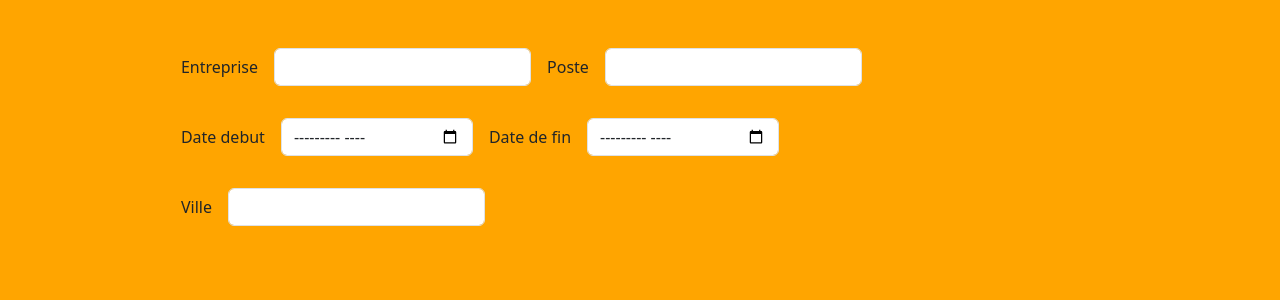
Repository: moAllElite/Examen-EJB-WEB-EAR
Page: http://localhost/SearchJobsWeb/views/exp_form_skills/addExp.jsp
An editor plug-in stored every save of this project. The page is shown before and after a run of saves, followed by the edit.
The browser window is 1280 px wide. The pictures show the whole page.
The page is served by Tomcat 9. Nobody is signed in. The application's start-up code is not run. Other server files are loaded and not shown.

Above is the page before, as saved 2023-03-25 22:27:48.

### SearchJobsWeb/src/main/webapp/views/exp_form_skills/addExp.jsp
<%@ page language="java" contentType="text/html; charset=ISO-8859-1"
    pageEncoding="ISO-8859-1"%>
<!DOCTYPE html>
<html>
<head>
<meta charset="ISO-8859-1">
<title>Insert title here</title>
</head>
<body>
	<form method="post" action="AddExperience">
		<jsp:include page="main.jsp"></jsp:include>
	</form>
</body>
</html>

### SearchJobsWeb/src/main/webapp/views/exp_form_skills/main.jsp
<%@ page language="java" contentType="text/html; charset=ISO-8859-1"
    pageEncoding="ISO-8859-1"%>
<!DOCTYPE html>
<html>
<head>
<meta charset="ISO-8859-1">
<title>Insert title here</title>
	 <link href="https://cdn.jsdelivr.net/npm/bootstrap@5.3.0-alpha1/dist/css/bootstrap.min.css" rel="stylesheet" integrity="sha384-GLhlTQ8iRABdZLl6O3oVMWSktQOp6b7In1Zl3/Jr59b6EGGoI1aFkw7cmDA6j6gD" crossorigin="anonymous">

	</head>
	<body class="d-flex justify-content-evenly mt-5" style="background-color: orange;">
		<!-- Example Code -->

	    <div class="row g-3 align-items-center">
		      <div class="col-auto">
		        <label for="inputPassword6" class="col-form-label">Entreprise</label>
		      </div>
		      <div class="col-auto">
		        <input type="text"  class="form-control" name="societe" name="" aria-describedby="addon-wrapping">
		      </div>
		      <div class="col-auto">
		      <label for="inputPassword6" class="col-form-label">Poste</label>
		    </div>
		    <div class="col-auto">
		      <input type="text"  class="form-control" name="poste" required="required" aria-describedby="addon-wrapping">
		    </div>
	  	</div>
	  	<!-- Example Code -->

	    <div class="row g-3 align-items-center mt-3">
	      <div class="col-auto">
	        <label for="inputPassword6" class="col-form-label">Date debut</label>
	      </div>
	      <div class="col-auto">
	        <input type="month" name="datedb"  class="form-control" required="required"  aria-describedby="addon-wrapping">
	      </div>
	      <div class="col-auto">
	      <label for="inputPassword6" class="col-form-label">Date de fin</label>
	    </div>
	    <div class="col-auto">
	      <input type="month"  name="datefn" required="required" class="form-control"  aria-describedby="addon-wrapping">
	    </div>
	    <div class="row g-3 align-items-center mt-3">
	      <div class="col-auto">
	        <label for="inputPassword6" class="col-form-label">Ville</label>
	      </div>
	      <div class="col-auto">
	        <input type="text" name="ville"  class="form-control" required="required"  aria-describedby="addon-wrapping">
	      </div>
	      </div>
	  </div>
	  	<script src="https://cdn.jsdelivr.net/npm/@popperjs/core@2.11.6/dist/umd/popper.min.js" integrity="sha384-oBqDVmMz9ATKxIep9tiCxS/Z9fNfEXiDAYTujMAeBAsjFuCZSmKbSSUnQlmh/jp3" crossorigin="anonymous"></script>
		<script src="https://cdn.jsdelivr.net/npm/bootstrap@5.3.0-alpha1/dist/js/bootstrap.min.js" integrity="sha384-mQ93GR66B00ZXjt0YO5KlohRA5SY2XofN4zfuZxLkoj1gXtW8ANNCe9d5Y3eG5eD" crossorigin="anonymous"></script>

	</body>
</html>

After the next 2 saves:
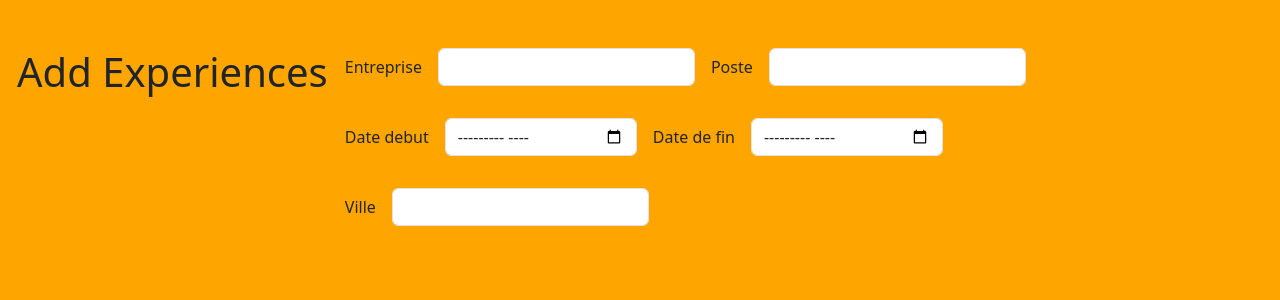
The 2 saves are shown as one change because they came seconds apart.
The last was saved 55 s later.
--- a/SearchJobsWeb/src/main/webapp/views/exp_form_skills/addExp.jsp
+++ b/SearchJobsWeb/src/main/webapp/views/exp_form_skills/addExp.jsp
@@ -4,9 +4,10 @@
 <html>
 <head>
 <meta charset="ISO-8859-1">
-<title>Insert title here</title>
+<title>Experience</title>
 </head>
 <body>
+	<h1 class="text-center">Add Experiences</h1>
 	<form method="post" action="AddExperience">
 		<jsp:include page="main.jsp"></jsp:include>
 	</form>
